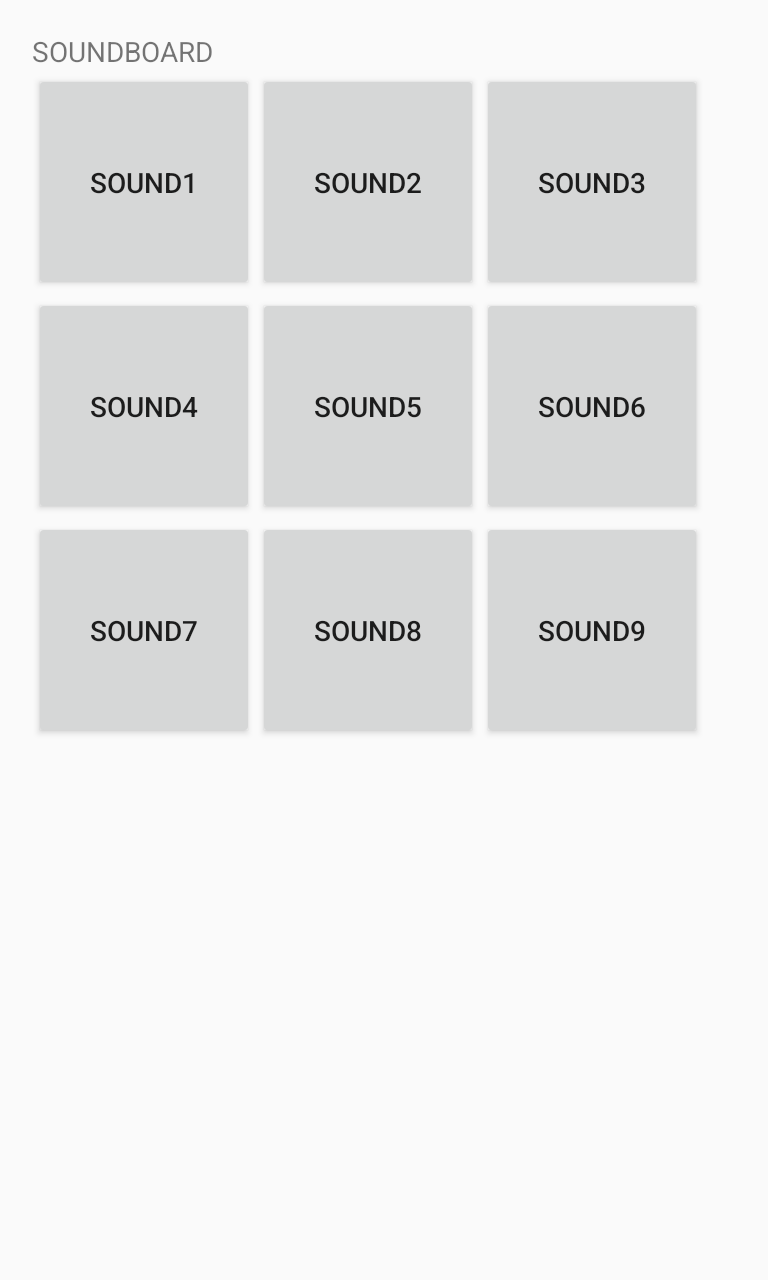
Repository: SoundBoardJAMJ/Project
Layout: workspace/soundtest/res/layout/fragment_main.xml
The author's editor kept a copy of each file at every save. The layout is drawn from the files as they stood at one save, then again after the next save.
It is drawn on a 768 x 1280 px phone screen (xhdpi) without system bars, with theme AppTheme; the app's code is not run.

Above is the layout before, as saved 2014-04-29 01:27:56.

After the next save:
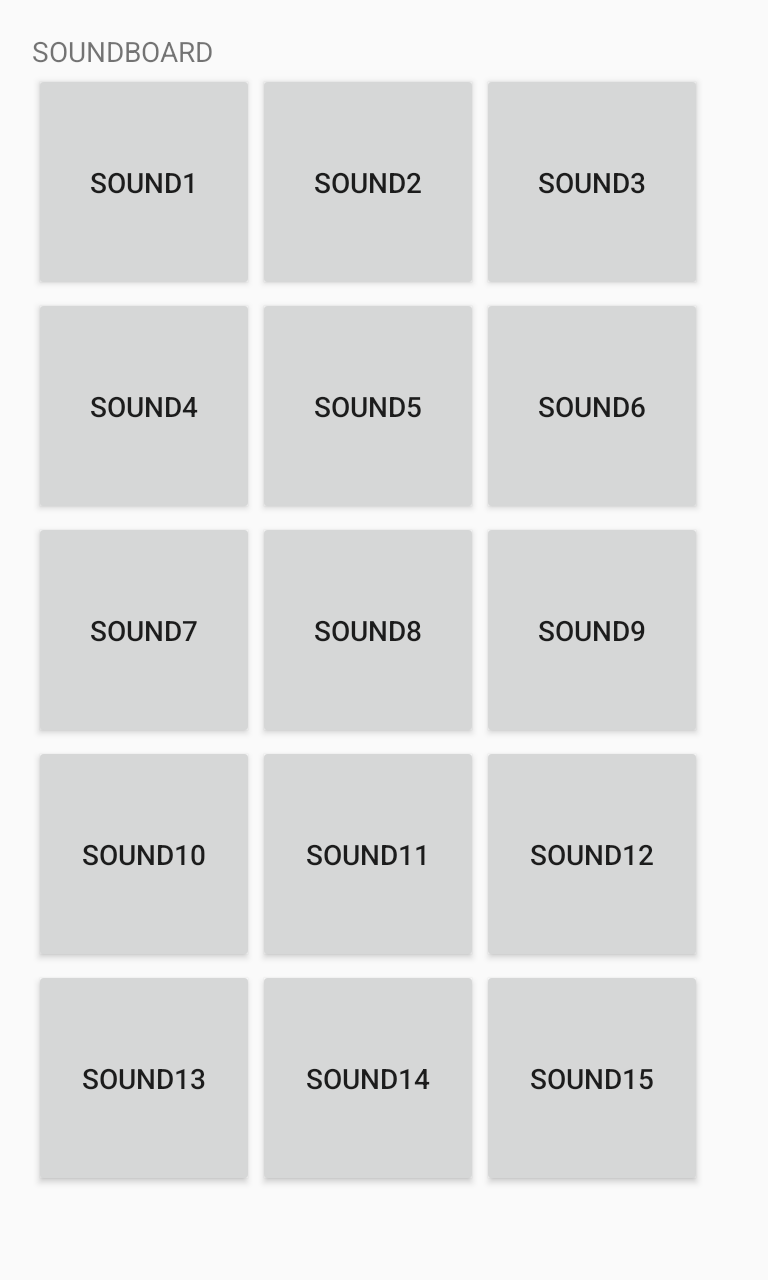
Saved 2 min 32 s later.
--- a/workspace/soundtest/res/layout/fragment_main.xml
+++ b/workspace/soundtest/res/layout/fragment_main.xml
@@ -103,5 +103,54 @@ android:layout_height="match_parent" >
         android:onClick="ButtonOnClick"
         android:text="sound5" />
 
+    <Button
+        android:id="@+id/button10"
+        android:layout_width="112dp"
+        android:layout_height="112dp"
+        android:layout_alignParentLeft="true"
+        android:layout_below="@+id/button7"
+        android:text="sound10" />
+
+    <Button
+        android:id="@+id/button11"
+        android:layout_width="112dp"
+        android:layout_height="112dp"
+        android:layout_alignBaseline="@+id/button10"
+        android:layout_alignBottom="@+id/button10"
+        android:layout_toRightOf="@+id/button10"
+        android:text="sound11" />
+
+    <Button
+        android:id="@+id/button13"
+        android:layout_width="112dp"
+        android:layout_height="112dp"
+        android:layout_alignParentLeft="true"
+        android:layout_below="@+id/button10"
+        android:text="sound13" />
+
+    <Button
+        android:id="@+id/button14"
+        android:layout_width="112dp"
+        android:layout_height="112dp"
+        android:layout_below="@+id/button10"
+        android:layout_toLeftOf="@+id/button12"
+        android:text="sound14" />
+
+    <Button
+        android:id="@+id/button15"
+        android:layout_width="112dp"
+        android:layout_height="112dp"
+        android:layout_below="@+id/button11"
+        android:layout_toRightOf="@+id/button14"
+        android:text="sound15" />
+
+    <Button
+        android:id="@+id/button12"
+        android:layout_width="112dp"
+        android:layout_height="112dp"
+        android:layout_below="@+id/button8"
+        android:layout_toRightOf="@+id/button11"
+        android:text="sound12" />
+
 </RelativeLayout>
 </ScrollView>
